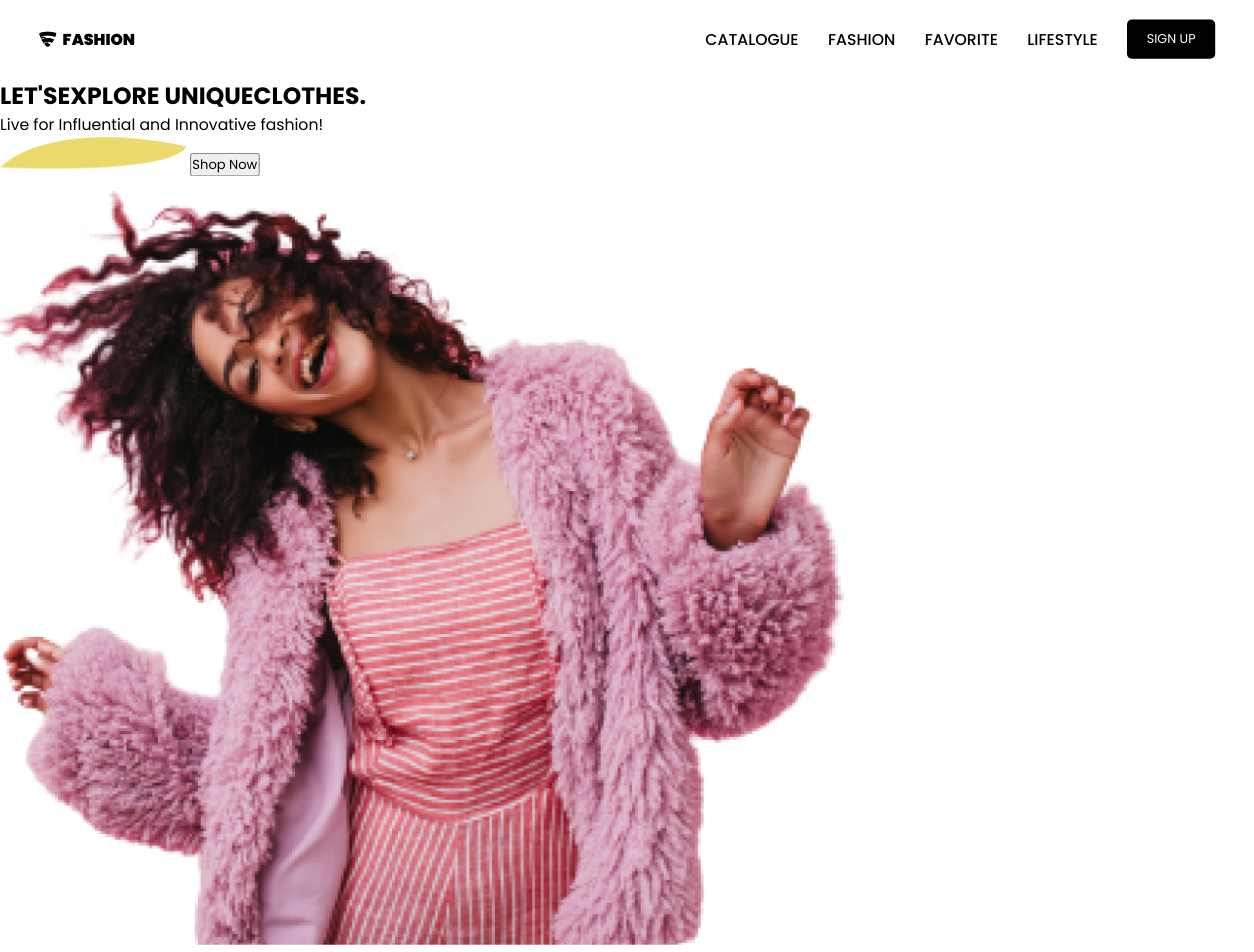
Repository: isaacCodes1/FashionSite
Page: index.html
An editor plug-in stored every save of this project. The page is shown before and after a run of saves, followed by the edit.
The browser window is 1280 px wide. The pictures show the whole page, at 98% of full size.

Above is the page before, as saved 2024-03-11 15:33:45.

After the next 3 saves:
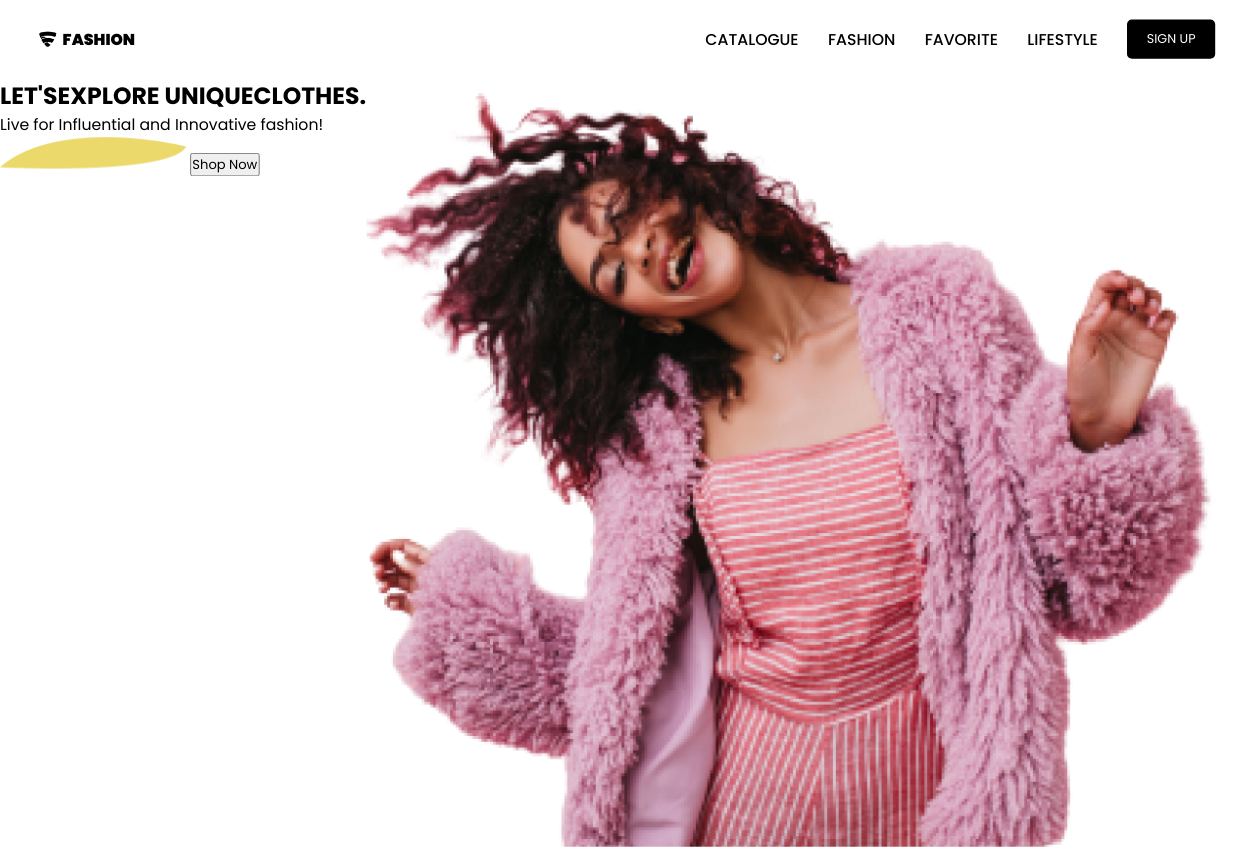
The 3 saves are shown as one change because they came seconds apart.
The last was saved 9 s later.
--- a/style.css
+++ b/style.css
@@ -59,4 +59,7 @@
     background: rgb(137, 136, 136);
 }
 /* firstPageCtn */
-.firstpage
+.firstpage{
+    display: flex;
+    flex: 1;
+}
